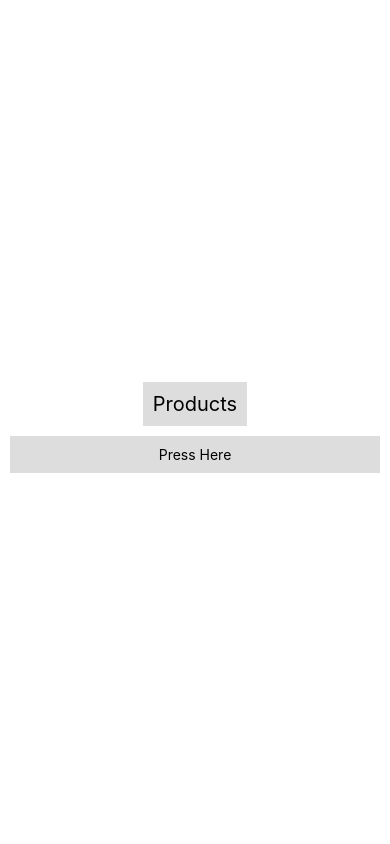
Repository: gatortim50/MyProducts
Screen: /
These files come from the project's save history. The screen is drawn as it stood at one moment and after the next save; the edit follows.
The page's requests for data from a server got no answer. The app was drawn by React Native's web renderer in a window 390 px wide. The project was rebuilt for these pictures with package versions that can differ from the ones it lists, and the page was loaded fresh each time. No one was signed in, and anything a server would have sent is missing.

Above is the screen before, as saved 2022-12-20 21:08:50.

### index.js
import React from 'react';
import { AppRegistry } from 'react-native';
import App from './src/App';
import { name as appName } from './app.json';
import { store } from './src/store';
import { Provider } from 'react-redux';
import { ApiProvider } from '@reduxjs/toolkit/query/react';
import {productsApi} from './src/features/apiSlice';


AppRegistry.registerComponent(appName, () => () => (
  <React.StrictMode>
    <Provider store={store}>
      <ApiProvider api={productsApi}>
        <App />
      </ApiProvider>
    </Provider>
  </React.StrictMode>
));

### src/App.tsx
import React, { useState } from "react";
import { StyleSheet, Text, TouchableOpacity, View } from "react-native";
import {
  useGetAllProductsQuery,
  useGetProductQuery,
} from './features/apiSlice';

const App = () => {
  const [count, setCount] = useState(0);
  const { data: allProductsData, error, isError, isLoading, } = useGetAllProductsQuery();
  const { data: singleProductData } = useGetProductQuery('iphone');
  console.log('!!',  error, isError, isLoading);

  const onPress = () => {
    setCount(prevCount => prevCount + 1);
    console.log('count:', count);
  }

  const Card = ({ title, show }) => (
    <View>
      <Text style={styles.title}>{title}</Text>
      {show &&
        <TouchableOpacity
          style={styles.button}
          onPress={onPress}
        >
        <Text>Press For Products</Text>
      </TouchableOpacity>
      }
    </View>
  )

  return (
    <View style={styles.container}>
      <View style={styles.countContainer}>
        <Card title="Products" show={false} />
      </View>
      <TouchableOpacity
        style={styles.button}
        onPress={onPress}
      >
        <Text>Press Here</Text>
      </TouchableOpacity>
    </View>
  );
};

const styles = StyleSheet.create({
  container: {
    flex: 1,
    justifyContent: "center",
    paddingHorizontal: 10
  },
  button: {
    alignItems: "center",
    backgroundColor: "#DDDDDD",
    padding: 10
  },
  countContainer: {
    alignItems: "center",
    padding: 10
  },
  title: {
    fontSize: 20,
    alignItems: "center",
    backgroundColor: "#DDDDDD",
    padding: 10
  },
});

export default App;

### app.json
{
  "name": "MyUsersApp",
  "displayName": "MyUsersApp"
}

### src/store.ts
import { configureStore, createSlice, PayloadAction } from "@reduxjs/toolkit";
import { productsApi } from "./features/apiSlice";
export const store = configureStore({
  reducer: {
    [productsApi.reducerPath]: productsApi.reducer,
  },
  middleware: (getDefaultMiddleware) =>
  getDefaultMiddleware().concat(productsApi.middleware),
});

### src/features/apiSlice.js
/* React-specific entry point that automatically generates
hooks corresponding to the defined endpoints */
import { createApi, fetchBaseQuery } from '@reduxjs/toolkit/query/react';

export const productsApi = createApi({
  reducerPath: "productsApi",
  baseQuery: fetchBaseQuery({baseUrl: "https://dummyjson.com/"}),
  endpoints: (builder) => ({
    getAllProducts: builder.query({
      query: () => "products",
    }),
    getProduct: builder.query({
      query: (product) => `products/search/q=${product}`,
    }),
  }),
});

export const { useGetAllProductsQuery, useGetProductQuery } = productsApi;

After the next save:
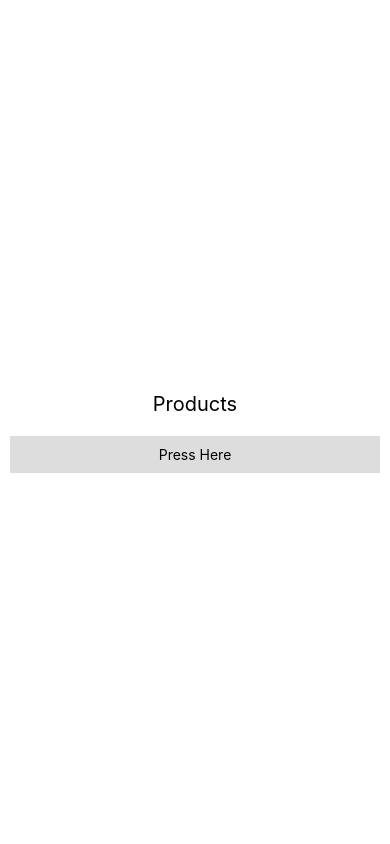
Saved 100 s later.
--- a/src/App.tsx
+++ b/src/App.tsx
@@ -63,7 +63,6 @@ const styles = StyleSheet.create({
   title: {
     fontSize: 20,
     alignItems: "center",
-    backgroundColor: "#DDDDDD",
     padding: 10
   },
 });
